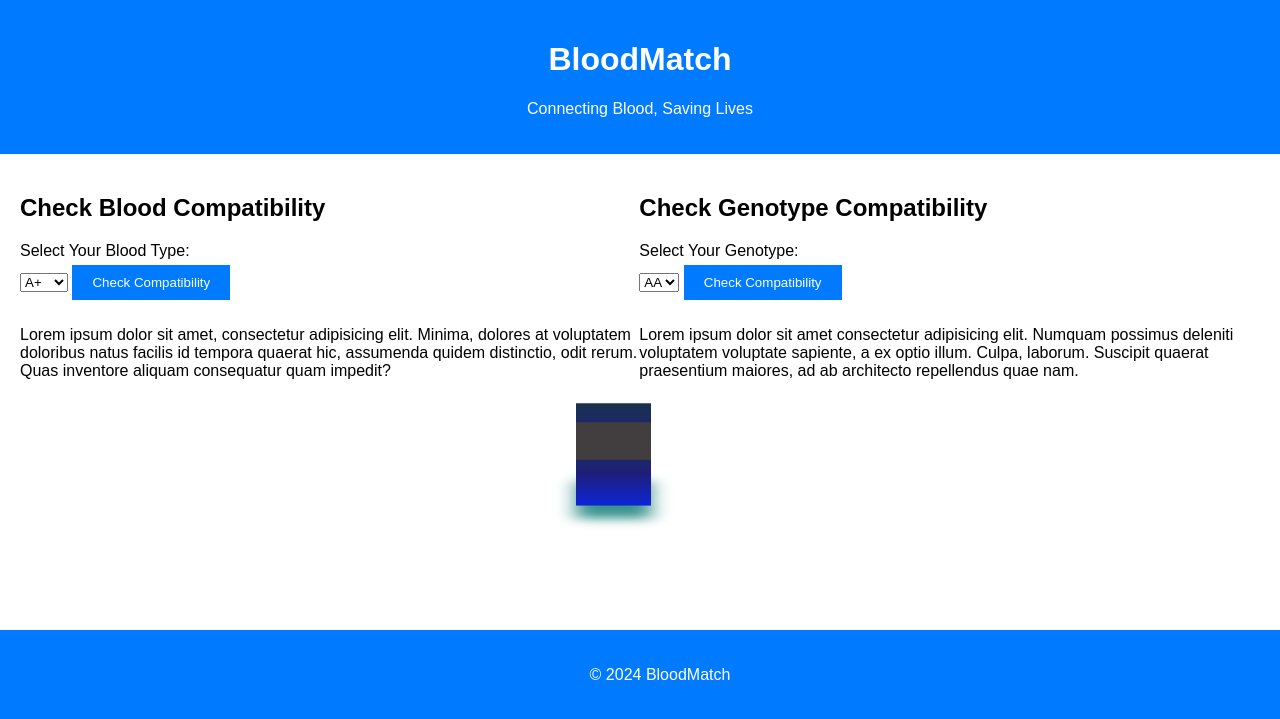
Repository: JuliusMonday/BloodMatch
Page: index.html
An editor plug-in stored every save of this project. The page is shown before and after the next save, followed by the edit.
The browser window is 1280 px wide. The pictures show the whole page.

Above is the page before, as saved 2024-05-02 16:34:39.

After the next save:
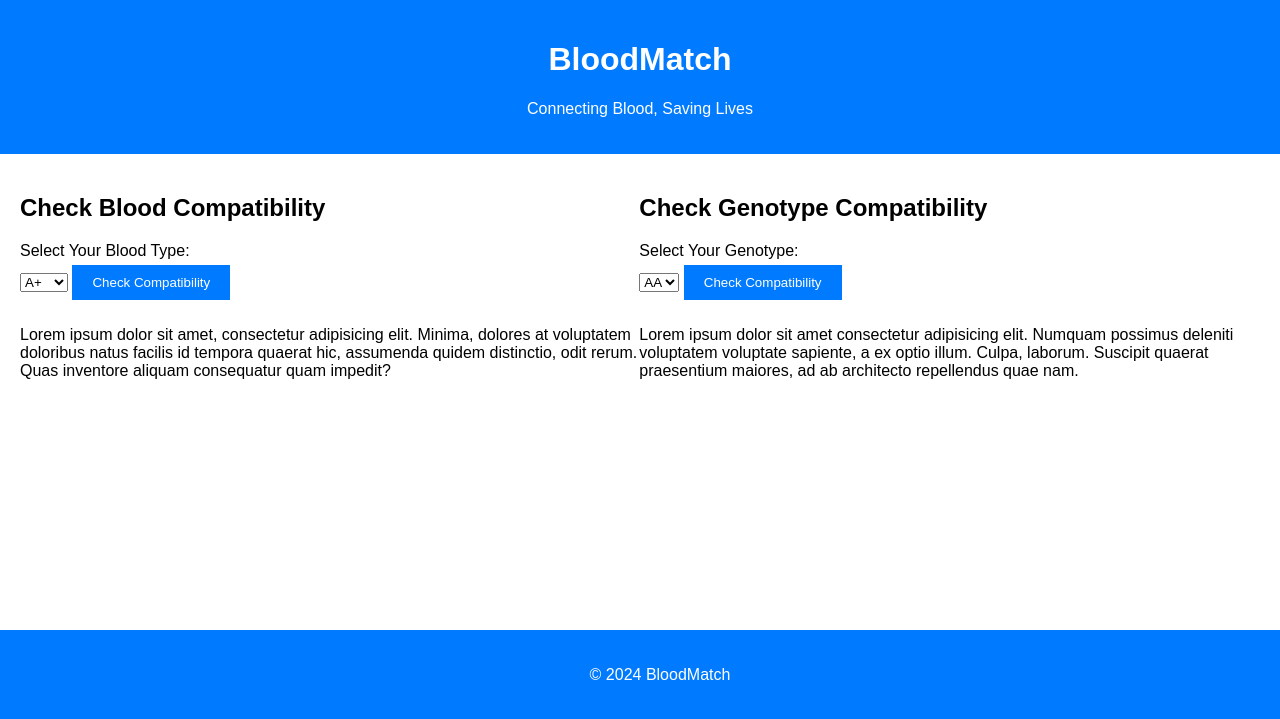
Saved 81 s later.
--- a/index.html
+++ b/index.html
@@ -40,15 +40,7 @@
       <p id="genotypeResult">Lorem ipsum dolor sit amet consectetur adipisicing elit. Numquam possimus deleniti voluptatem voluptate sapiente, a ex optio illum. Culpa, laborum. Suscipit quaerat praesentium maiores, ad ab architecto repellendus quae nam.</p>
     </section>
   </main>
-  <div class="cube-loader">
-    <div class="cube-top"></div>
-    <div class="cube-wrapper">
-      <span style="--i:0" class="cube-span"></span>
-      <span style="--i:1" class="cube-span"></span>
-      <span style="--i:2" class="cube-span"></span>
-      <span style="--i:3" class="cube-span"></span>
-    </div>
-  </div>
+  <div class="custom-loader"></div>
   <br>
   <footer>
     <p>&copy; 2024 BloodMatch</p>
